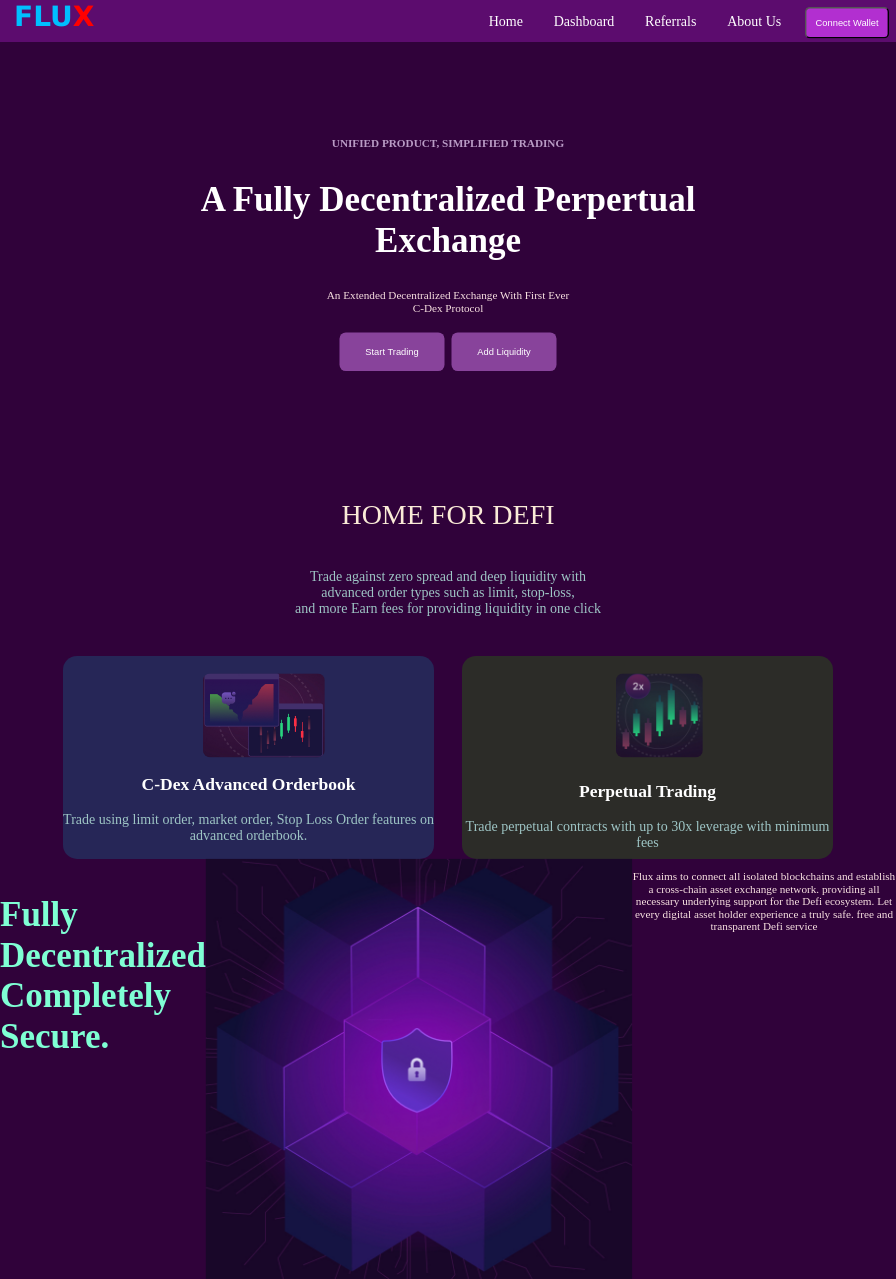
Repository: Tobby004/Flux-figma
Page: index.html
An editor plug-in stored every save of this project. The page is shown before and after the next save, followed by the edit.
The browser window is 1280 px wide. The pictures show the whole page, at 70% of full size.

Above is the page before, as saved 2023-04-20 06:08:31.

After the next save:
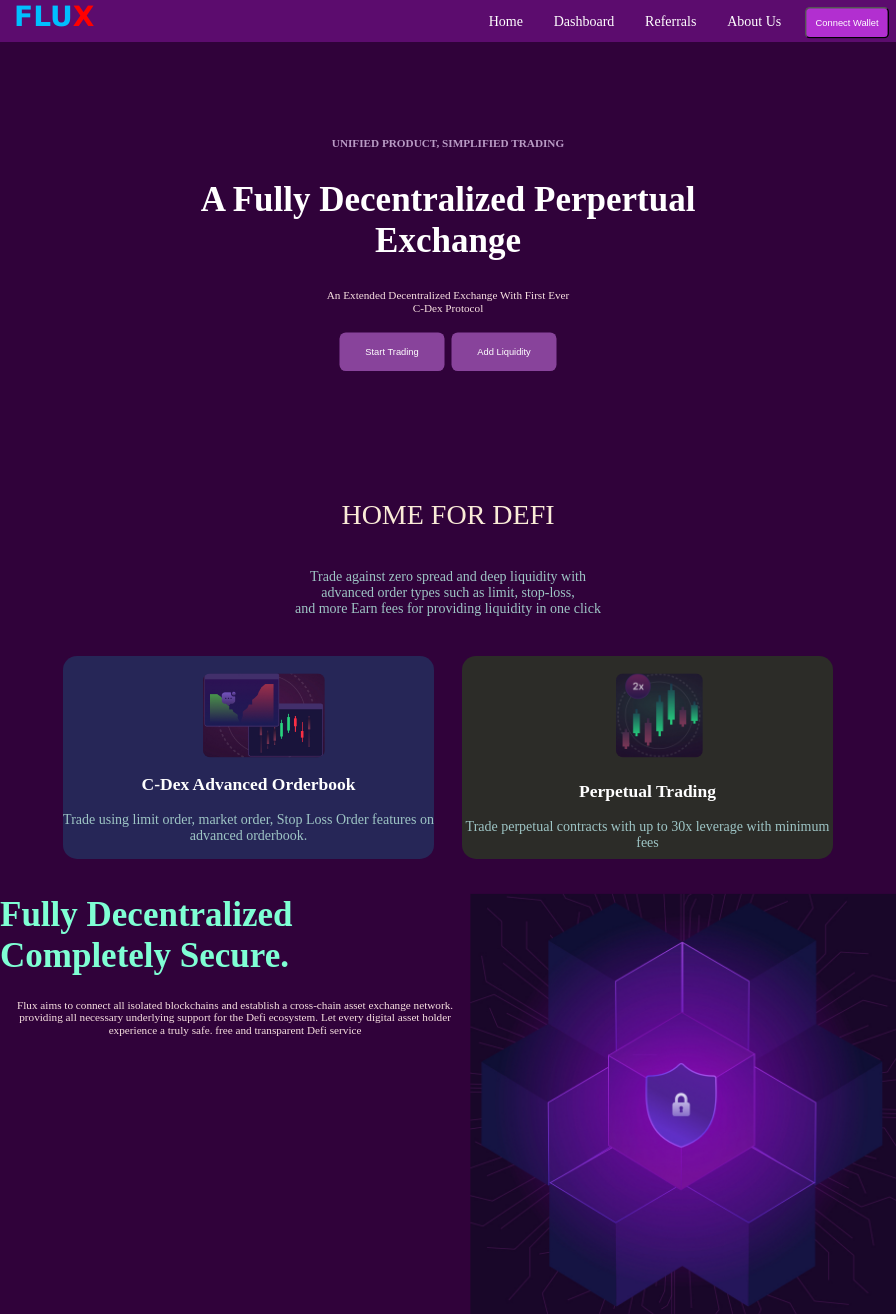
Saved 2 min 8 s later.
--- a/index.html
+++ b/index.html
@@ -48,8 +48,8 @@
     </div>
 </div>
 <main>
+    <img src="IMG3.jpg">
     <h1>Fully Decentralized <br>Completely Secure.</h1>
-    <img src="IMG3.jpg">
     <p>Flux aims to connect all isolated blockchains and establish a cross-chain asset exchange network. providing all necessary underlying support for the Defi ecosystem. Let every digital asset holder experience a truly safe. free and transparent Defi service</p>
 </main>
 </body>
--- a/style.css
+++ b/style.css
@@ -135,7 +135,7 @@ input[type="button"]{
     margin-left: 220px;
 }
 main {
-    display: flex;
+    display: ;
 }
 main h1 {
     color: aquamarine;
@@ -144,4 +144,5 @@ main h1 {
 }
 main img{
     height: 600px;
+    float: right;
 }
